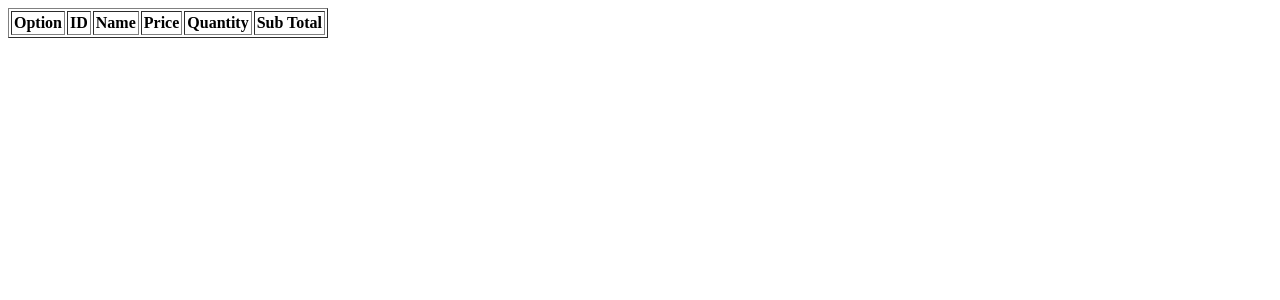
Repository: xzou4/CS221b
Page: http://localhost/fablix/shoppingcart.jsp
An editor plug-in stored every save of this project. The page is shown before and after the next save, followed by the edit.
The browser window is 1280 px wide. The pictures show the whole page.
The page is served by Tomcat 9. Other server files are loaded and not shown.

Above is the page before, as saved 2017-02-14 18:28:44.

### fablix/WebContent/shoppingcart.jsp
<%@ page language="java" contentType="text/html; charset=UTF-8"
    pageEncoding="UTF-8"%>

<%@ taglib prefix = "c" uri="http://java.sun.com/jsp/jstl/core"%>
<!DOCTYPE html PUBLIC "-//W3C//DTD HTML 4.01 Transitional//EN" "http://www.w3.org/TR/html4/loose.dtd">
<html>
<head>
<meta http-equiv="Content-Type" content="text/html; charset=UTF-8">
<title>Shopping Cart</title>
</head>
<body>

<table cellpadding="2" cellspacing="2" border="1">
	<tr>
		<th>Option</th>
		<th>ID</th>
		<th>Name</th>
		<th>Price</th>
		<th>Quantity</th>
		<th>Sub Total</th>
	</tr>
	<c:forEach var="it" items="${sessionScope.cart }">
		<tr>
			<td align="center">Delete</td>
			<td>${it.id }</td>
			<td><a href='titlelink?param=${it.name}'>${it.name }</a></td>
			<td>${it.price }</td>
			<td>${it.quantity }</td>
			<td>${it.price * it.quantity}</td>
		</tr>
	</c:forEach>
</table>

</body>
</html>

After the next save:
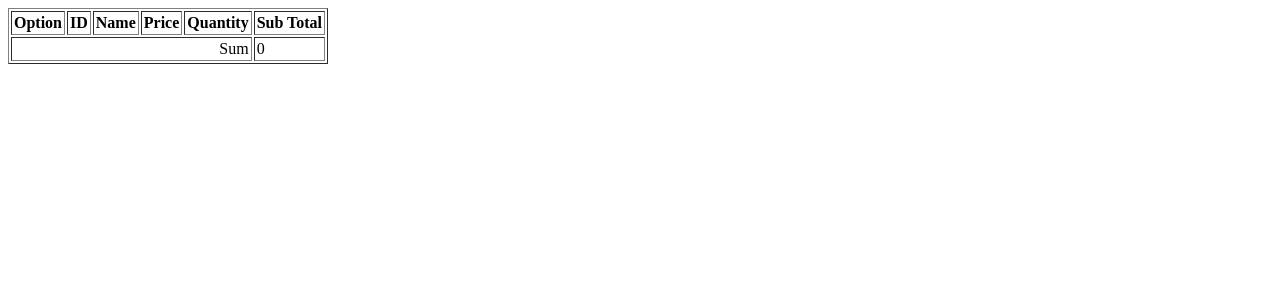
Saved 4 min 33 s later.
--- a/fablix/WebContent/shoppingcart.jsp
+++ b/fablix/WebContent/shoppingcart.jsp
@@ -19,7 +19,9 @@
 		<th>Quantity</th>
 		<th>Sub Total</th>
 	</tr>
+	<c:set var="s" value="0"></c:set>
 	<c:forEach var="it" items="${sessionScope.cart }">
+		<c:set var="s" value="${s + it.price * it.quantity }"></c:set>
 		<tr>
 			<td align="center">Delete</td>
 			<td>${it.id }</td>
@@ -29,6 +31,10 @@
 			<td>${it.price * it.quantity}</td>
 		</tr>
 	</c:forEach>
+	<tr>
+		<td colspan="5" align="right">Sum</td>
+		<td>${s }</td>
+	</tr>
 </table>
 
 </body>
